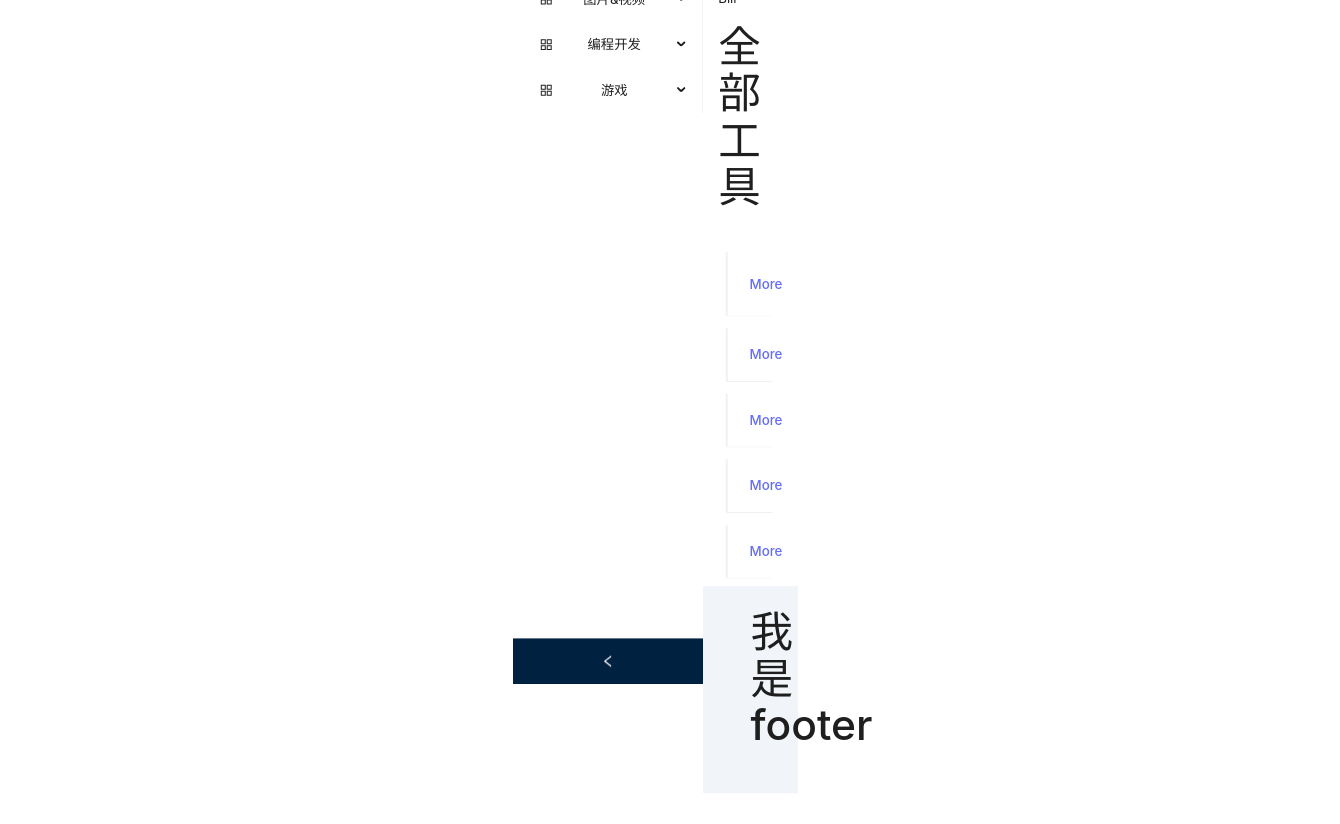
Repository: chenyl8848/chen-tool-collection
Page: /
These files come from the project's save history. The page is drawn as it stood at one moment and after a run of saves; the edit follows.
The browser window is 1280 px wide. The page is 1410 px wide, so the pictures cover 1410 px, including what lies to the right of the window. The pictures show the whole page, at 95% of full size.
The project was rebuilt for these pictures with package versions that can differ from the ones it lists, and the page was loaded fresh each time. Also part of the build but not shown: vite.config.ts, src/components/HelloWorld.vue.

Above is the page before, as saved 2024-01-12 16:18:28.

After the next 2 saves:
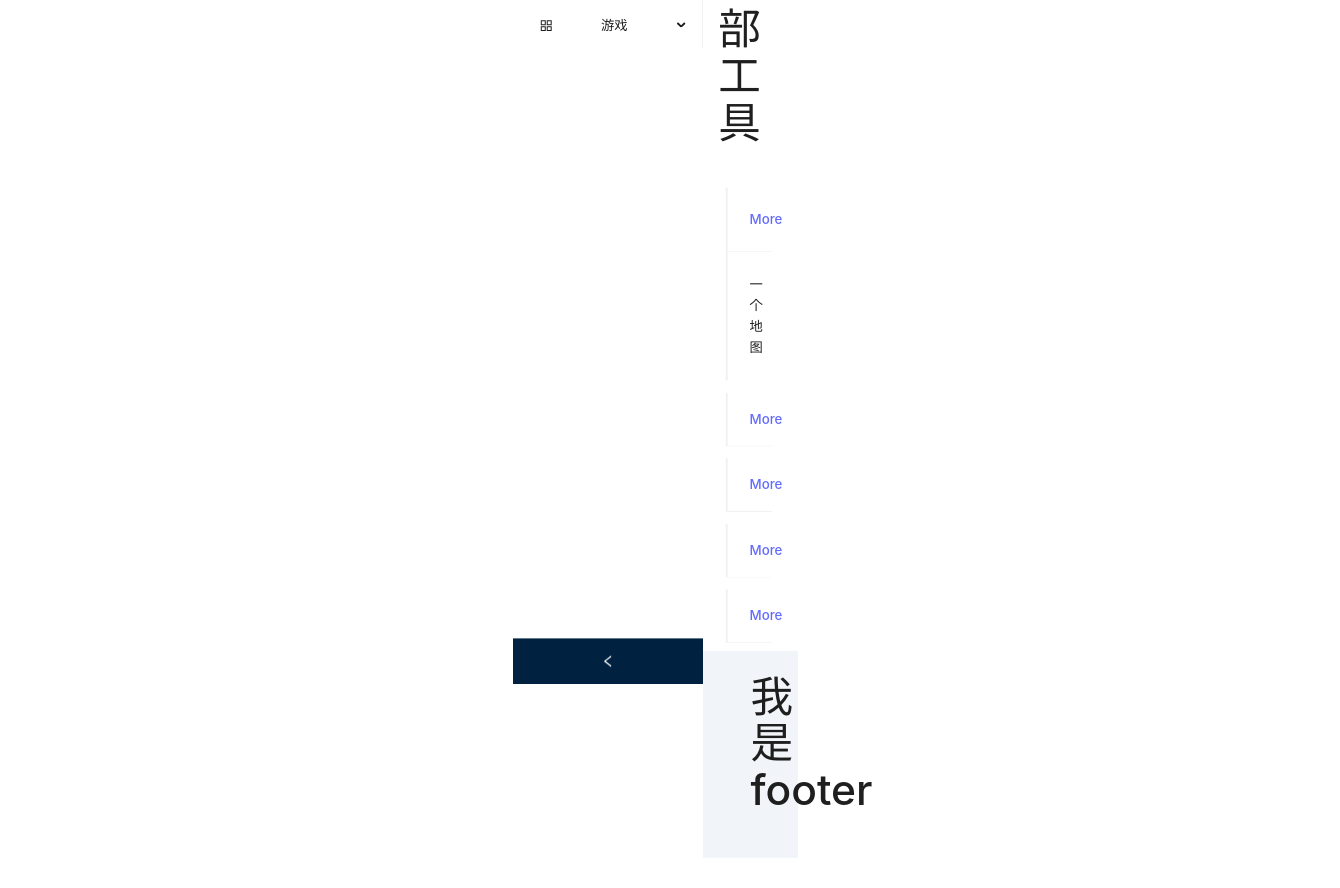
The 2 saves are shown as one change because 1 did not build or start.
The last was saved 33 s later.
--- a/src/pages/Home.vue
+++ b/src/pages/Home.vue
@@ -43,6 +43,7 @@
                     <template #extra>
                         <a href="#">More</a>
                     </template>
+                    {{ item.description }}
                 </a-card>
             </a-col>
         </a-row>
